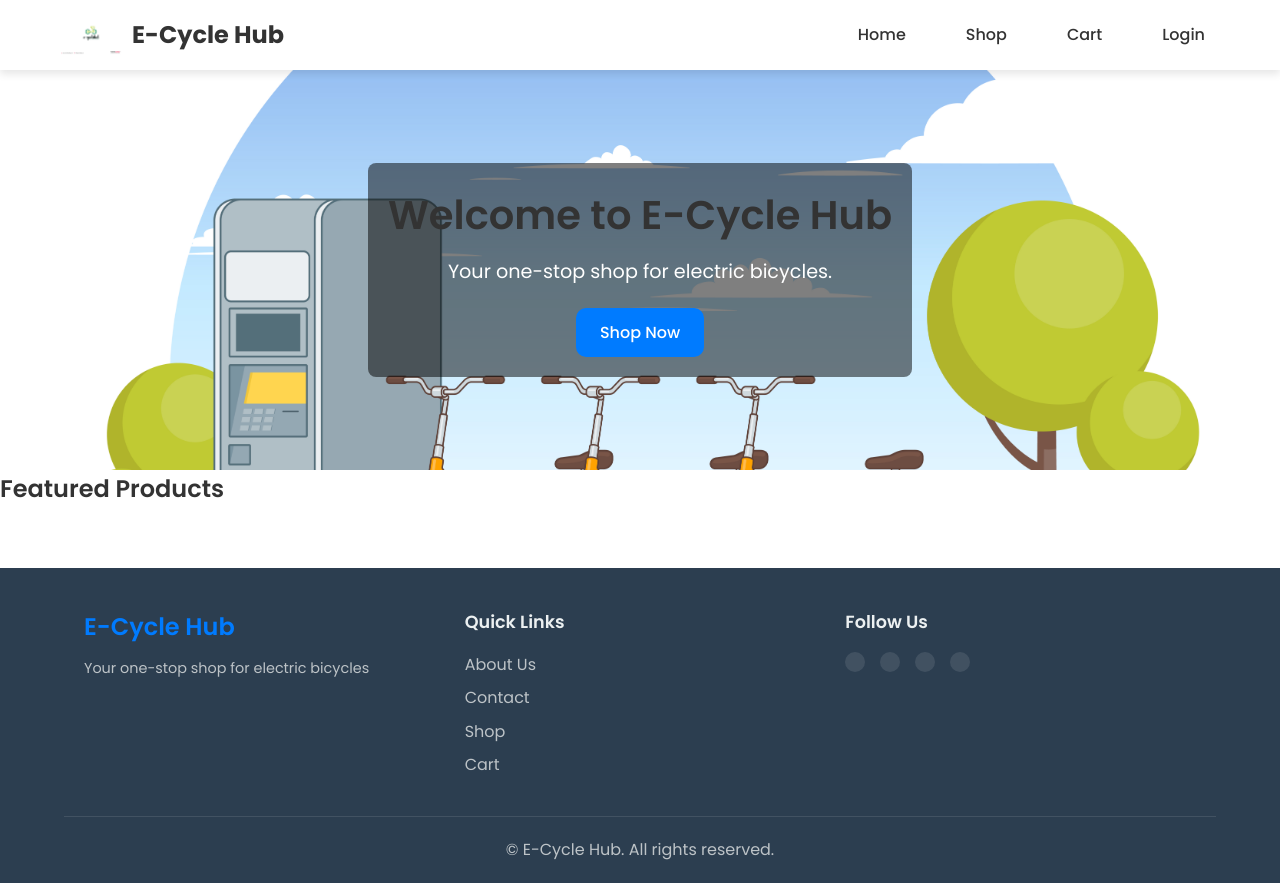
Repository: Rutuja-g/E-Cycle-Hub
Page: public/index.html
An editor plug-in stored every save of this project. The page is shown before and after the next save, followed by the edit.
The browser window is 1280 px wide. The pictures show the whole page.

Above is the page before, as saved 2025-10-24 16:01:22.
Console error: ReferenceError: l is not defined

After the next save:
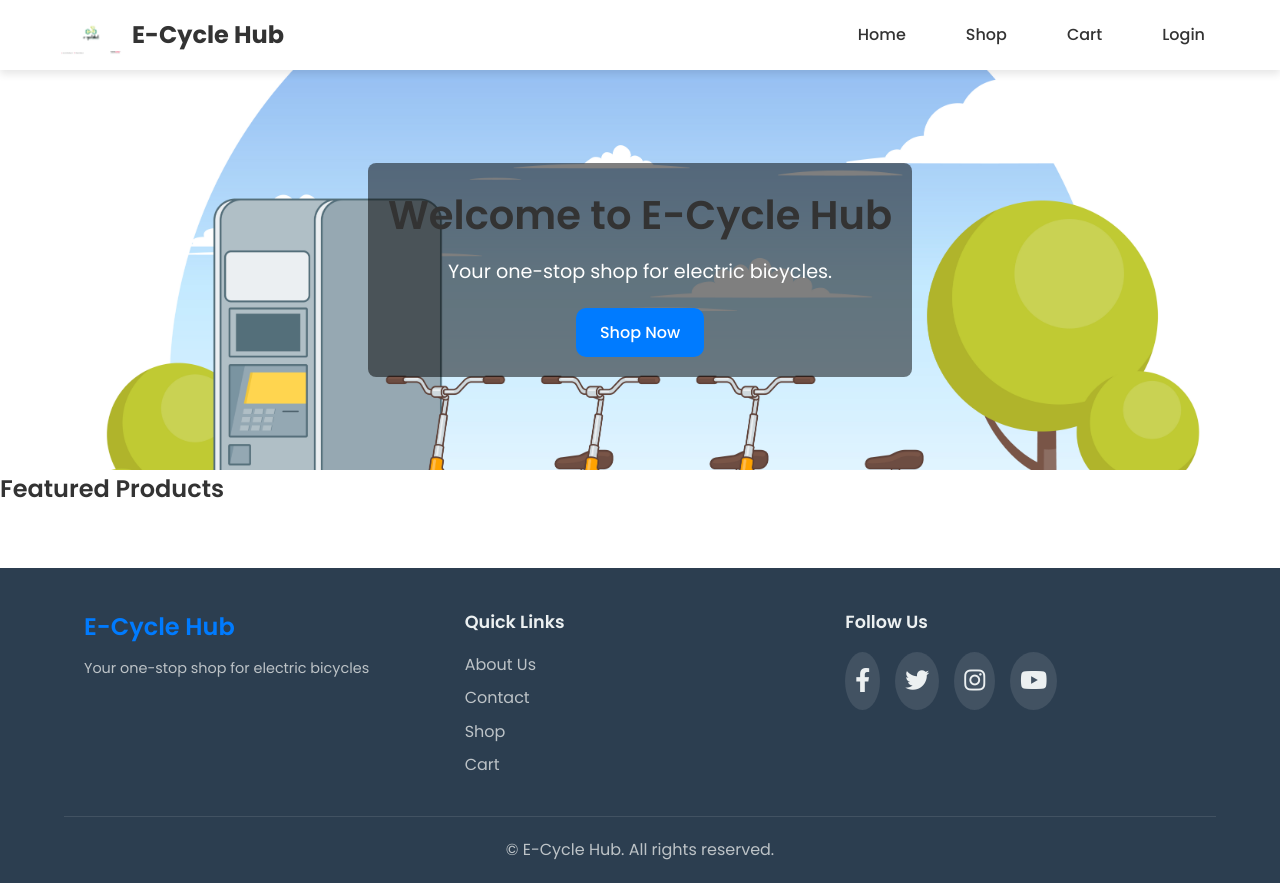
Saved 8 s later.
--- a/public/index.html
+++ b/public/index.html
@@ -14,6 +14,10 @@
     <link rel="stylesheet" href="css/reset.css" />
     <link rel="stylesheet" href="css/variables.css" />
     <link rel="stylesheet" href="css/main.css" />
+    <link
+      rel="stylesheet"
+      href="https://cdnjs.cloudflare.com/ajax/libs/font-awesome/6.0.0/css/all.min.css"
+    />
   </head>
   <body>
     <header>
